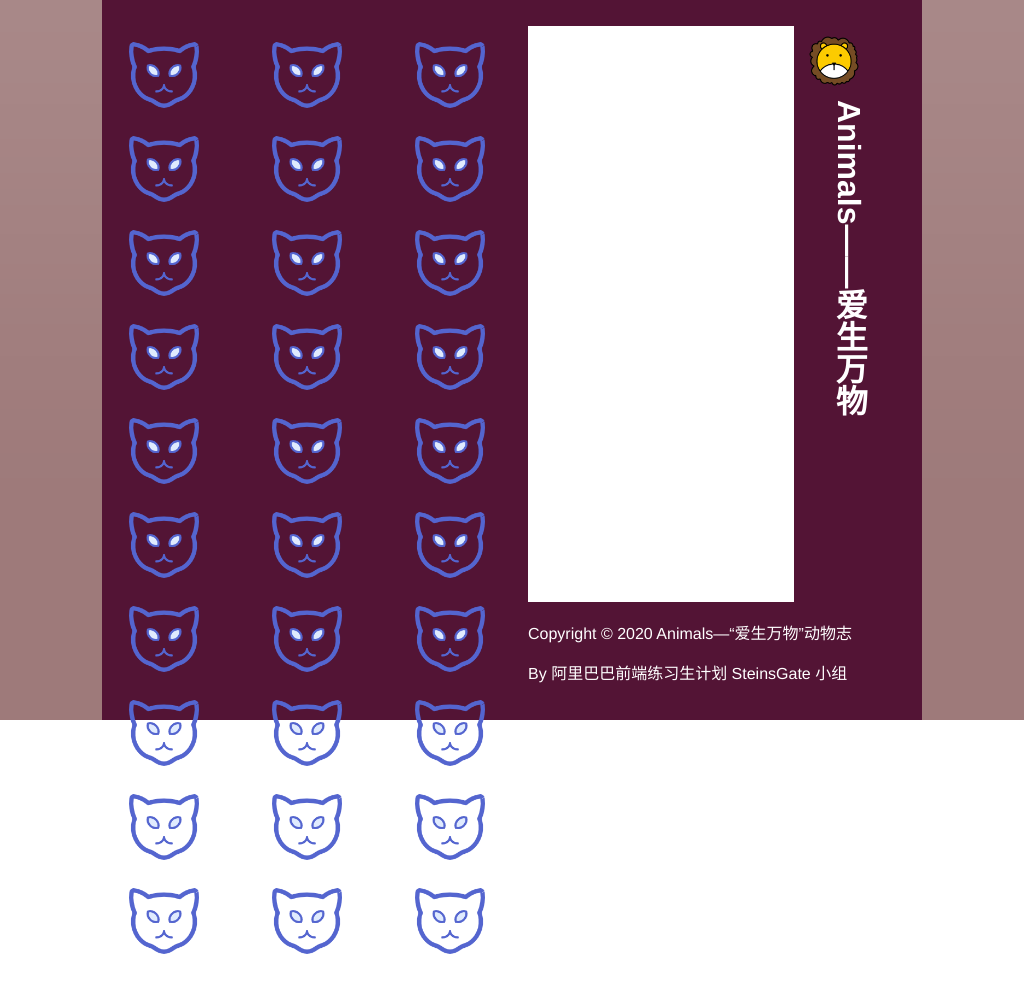
Repository: Whiskeyi/Animals
Page: /
An editor plug-in stored every save of this project. The page is shown before and after the next save, followed by the edit.
The browser window is 1024 px wide. The pictures show the whole page.
The project was rebuilt for these pictures with package versions that can differ from the ones it lists, and the page was loaded fresh each time.

Above is the page before, as saved 2021-11-15 22:50:21.

### public/index.html
<!DOCTYPE html>
<html lang="en">
  <head>
    <meta charset="utf-8">
    <meta http-equiv="X-UA-Compatible" content="IE=edge">
    <meta name="viewport" content="width=device-width,initial-scale=1.0">
    <link rel="icon" href="<%= BASE_URL %>favicon.ico">
    <title>Animals</title>
  </head>
  <body>
    <noscript>
      <strong>We're sorry but animals doesn't work properly without JavaScript enabled. Please enable it to continue.</strong>
    </noscript>
    <div id="app"></div>
    <!-- built files will be auto injected -->
  </body>
</html>

### src/main.js
import Vue from 'vue'
import App from './App.vue'
import router from './router'
import store from './store'
import './plugins/element.js' // 引入element-ui

Vue.config.productionTip = false

new Vue({
  router,
  store,
  render: h => h(App)
}).$mount('#app')

### src/App.vue
<template>
  <div id="app">
    <!-- 入口 -->
    <router-view/>
  </div>
</template>

<style lang="scss">
#app {
  font-family: 'Avenir', Helvetica, Arial, sans-serif;
  -webkit-font-smoothing: antialiased;
  -moz-osx-font-smoothing: grayscale;
}

html, body {  // 去除白边
    width: 100%;
    height: 100%;
    margin: 0;
    padding: 0;
    position: relative;
}
</style>

### src/router.js
// 路由
import Vue from 'vue'
import Router from 'vue-router'
import Home from './views/Home.vue'

Vue.use(Router)

export default new Router({
  mode: 'history',
  base: process.env.BASE_URL,
  routes: [
    {
      path: '/',
      name: 'home',
      component: Home
    }
  ]
})

### src/plugins/element.js
// 引入element-ui
import Vue from 'vue'

import ElementUI from 'element-ui';
import 'element-ui/lib/theme-chalk/index.css';

Vue.use(ElementUI);

### src/views/Home.vue
<template>
  <div id="home">
    <!-- 背景+光泽效果 -->
    <div class="bg">
      <Gloss></Gloss>
    </div>
    <!-- 页面容器 -->
    <div class="container">
      <!-- 左侧展示模块 -->
      <div id="leftContainer">
        <LeftMain></LeftMain>
      </div>
      <!-- 右侧展示模块 -->
      <div id="rightContainer">
        <!-- 输出信息 -->
          <Info></Info>
          <!-- 右侧标题 -->
          <RightHead></RightHead>
          <!-- 尾部 -->
          <Footer></Footer>
      </div>
    </div>
  </div>
</template>

<script>
// @ is an alias to /src
// 组件引入
import Gloss from '@/components/Gloss'
import Footer from '@/components/Footer'
import Info from '@/components/Info'
import RightHead from '@/components/right-head'
import LeftMain from '@/components/left-main'

export default {
  name: 'home',
  components: {
    Gloss,Footer,Info,RightHead,LeftMain
  }
}
</script>

<style lang="scss" scoped>
.home {
  // 浏览器滚动条隐藏
}
.bg {
  height: 100%;
  width: 100%;
  background-color:rgb(158, 122, 122);
  position: fixed;
  transition: background-color 2s ease-in; // 背景颜色2S过渡
  filter: blur(0.5px); // 背景高斯模糊
  // z-index: -9; //暂时注释,影响调试
}
#leftContainer {
  position: absolute;
  left: 10%;
  width: 40%;
  height: 100%;
  margin: 0 auto;
  background-color: #531435;
}
#rightContainer {
  position: fixed;
  right: 10%;
  width: 40%;
  height: 100%;
  margin: 0 auto;
  background-color: #531435;
}
</style>

### src/components/Gloss/index.vue
<template>
<!-- 实现光泽效果,丰富背景颜色 -->
<div id="gloss"></div>
</template>

<script>
export default {

}
</script>

<style lang="scss" scoped>
#gloss {
    position: fixed;
    width: 100%;
    height: 478px;
    background: url('../../assets/gloss.png') repeat-x;
    // z-index: -8;  //暂时注释,影响调试
}
</style>

### src/components/Footer/index.vue
<template>
  <div class="footerContainer">
      <p>Copyright © 2020 Animals—“爱生万物”动物志</p>
      <p>By 阿里巴巴前端练习生计划 SteinsGate 小组</p>
  </div>
</template>

<script>
export default {

}
</script>

<style lang="scss" scoped>
.footerContainer {
    position: fixed;
    bottom: 0;
    font-size: 1rem;
    color:#fff;
    margin:0 0 20px 16px;
}
</style>

### src/components/Info/index.vue
<template>
  <div class="infoContainer">
  </div>
</template>

<script>
export default {

}
</script>

<style lang="scss" scoped>
.infoContainer {
    float: left;
    z-index: 10000;
    width: 70%;
    height: 80%;
    margin: 26px 0 0 16px;
    background-color: #fff;
}
.infoContainer logo {
    position: absolute;
}
@media screen and (max-width: 1024px) { // 屏幕小于1024px样式
  .infoContainer {
    float: left;
    z-index: 10000;
    width: 65%;
    height: 80%;
    margin: 26px 0 0 16px;
    background-color: #fff;
}
}
</style>

### src/components/right-head/index.vue
<template>
  <div class="rightHeadContainer">
      <el-image class="logo" alt="logo" :src="require('@/icons/index.png')"></el-image>
      <h1 class="vertical">Animals——爱生万物</h1>
  </div>
</template>

<script>
export default {

}
</script>

<style lang="scss" scoped>
.rightHeadContainer {
    float: left;
    height: 400px;
    width: 100px;
    margin: 26px 0 0 16px;
}
.vertical {
    writing-mode: vertical-lr;
    padding-left: 5px;
    color: #fff;
}
@media screen and (max-width: 1024px) { // 屏幕小于1024px样式
    .rightHeadContainer {
    float: left;
    height: 400px;
    width: 70px;
    margin: 26px 0 0 5px;
}
}
</style>

### src/components/left-main/index.vue
<template>
  <div class="leftContainer">
    <el-row :gutter="20" type="flex" justify="center">
      <el-col :span="8">
        <el-image class="logo" alt="logo" :src="require('@/icons//animals/cat.png')"></el-image>
      </el-col>
      <el-col :span="8">
        <el-image class="logo" alt="logo" :src="require('@/icons//animals/cat.png')"></el-image>
      </el-col>
      <el-col :span="8">
        <el-image class="logo" alt="logo" :src="require('@/icons//animals/cat.png')"></el-image>
      </el-col>
    </el-row>
    <el-row :gutter="20" type="flex" justify="center">
      <el-col :span="8">
        <el-image class="logo" alt="logo" :src="require('@/icons//animals/cat.png')"></el-image>
      </el-col>
      <el-col :span="8">
        <el-image class="logo" alt="logo" :src="require('@/icons//animals/cat.png')"></el-image>
      </el-col>
      <el-col :span="8">
        <el-image class="logo" alt="logo" :src="require('@/icons//animals/cat.png')"></el-image>
      </el-col>
    </el-row>
    <el-row :gutter="20" type="flex" justify="center">
      <el-col :span="8">
        <el-image class="logo" alt="logo" :src="require('@/icons//animals/cat.png')"></el-image>
      </el-col>
      <el-col :span="8">
        <el-image class="logo" alt="logo" :src="require('@/icons//animals/cat.png')"></el-image>
      </el-col>
      <el-col :span="8">
        <el-image class="logo" alt="logo" :src="require('@/icons//animals/cat.png')"></el-image>
      </el-col>
    </el-row>
    <el-row :gutter="20" type="flex" justify="center">
      <el-col :span="8">
        <el-image class="logo" alt="logo" :src="require('@/icons//animals/cat.png')"></el-image>
      </el-col>
      <el-col :span="8">
        <el-image class="logo" alt="logo" :src="require('@/icons//animals/cat.png')"></el-image>
      </el-col>
      <el-col :span="8">
        <el-image class="logo" alt="logo" :src="require('@/icons//animals/cat.png')"></el-image>
      </el-col>
    </el-row>
    <el-row :gutter="20" type="flex" justify="center">
      <el-col :span="8">
        <el-image class="logo" alt="logo" :src="require('@/icons//animals/cat.png')"></el-image>
      </el-col>
      <el-col :span="8">
        <el-image class="logo" alt="logo" :src="require('@/icons//animals/cat.png')"></el-image>
      </el-col>
      <el-col :span="8">
        <el-image class="logo" alt="logo" :src="require('@/icons//animals/cat.png')"></el-image>
      </el-col>
    </el-row>
    <el-row :gutter="20" type="flex" justify="center">
      <el-col :span="8">
        <el-image class="logo" alt="logo" :src="require('@/icons//animals/cat.png')"></el-image>
      </el-col>
      <el-col :span="8">
        <el-image class="logo" alt="logo" :src="require('@/icons//animals/cat.png')"></el-image>
      </el-col>
      <el-col :span="8">
        <el-image class="logo" alt="logo" :src="require('@/icons//animals/cat.png')"></el-image>
      </el-col>
    </el-row>
    <el-row :gutter="20" type="flex" justify="center">
      <el-col :span="8">
        <el-image class="logo" alt="logo" :src="require('@/icons//animals/cat.png')"></el-image>
      </el-col>
      <el-col :span="8">
        <el-image class="logo" alt="logo" :src="require('@/icons//animals/cat.png')"></el-image>
      </el-col>
      <el-col :span="8">
        <el-image class="logo" alt="logo" :src="require('@/icons//animals/cat.png')"></el-image>
      </el-col>
    </el-row>
    <el-row :gutter="20" type="flex" justify="center">
      <el-col :span="8">
        <el-image class="logo" alt="logo" :src="require('@/icons//animals/cat.png')"></el-image>
      </el-col>
      <el-col :span="8">
        <el-image class="logo" alt="logo" :src="require('@/icons//animals/cat.png')"></el-image>
      </el-col>
      <el-col :span="8">
        <el-image class="logo" alt="logo" :src="require('@/icons//animals/cat.png')"></el-image>
      </el-col>
    </el-row>
    <el-row :gutter="20" type="flex" justify="center">
      <el-col :span="8">
        <el-image class="logo" alt="logo" :src="require('@/icons//animals/cat.png')"></el-image>
      </el-col>
      <el-col :span="8">
        <el-image class="logo" alt="logo" :src="require('@/icons//animals/cat.png')"></el-image>
      </el-col>
      <el-col :span="8">
        <el-image class="logo" alt="logo" :src="require('@/icons//animals/cat.png')"></el-image>
      </el-col>
    </el-row>
    <el-row :gutter="20" type="flex" justify="center">
      <el-col :span="8">
        <el-image class="logo" alt="logo" :src="require('@/icons//animals/cat.png')"></el-image>
      </el-col>
      <el-col :span="8">
        <el-image class="logo" alt="logo" :src="require('@/icons//animals/cat.png')"></el-image>
      </el-col>
      <el-col :span="8">
        <el-image class="logo" alt="logo" :src="require('@/icons//animals/cat.png')"></el-image>
      </el-col>
    </el-row>
  </div>
</template>

<script>
export default {

}
</script>

<style lang="scss" scoped>
.leftContainer {
  padding: 30px 0;
  width: 100%;
  text-align: center;
}
.leftContainer .logo {
  width: 100px;
  height: 100px;
  padding: 20px 0;
}
 @media screen and (max-width: 1024px) { // 屏幕小于1024px样式
  .leftContainer .logo {
    height: 70px;
    width: 70px;
    padding: 10px 0;
  }
 }
</style>

Loaded but not shown: src/store.js (common file)

After the next save:
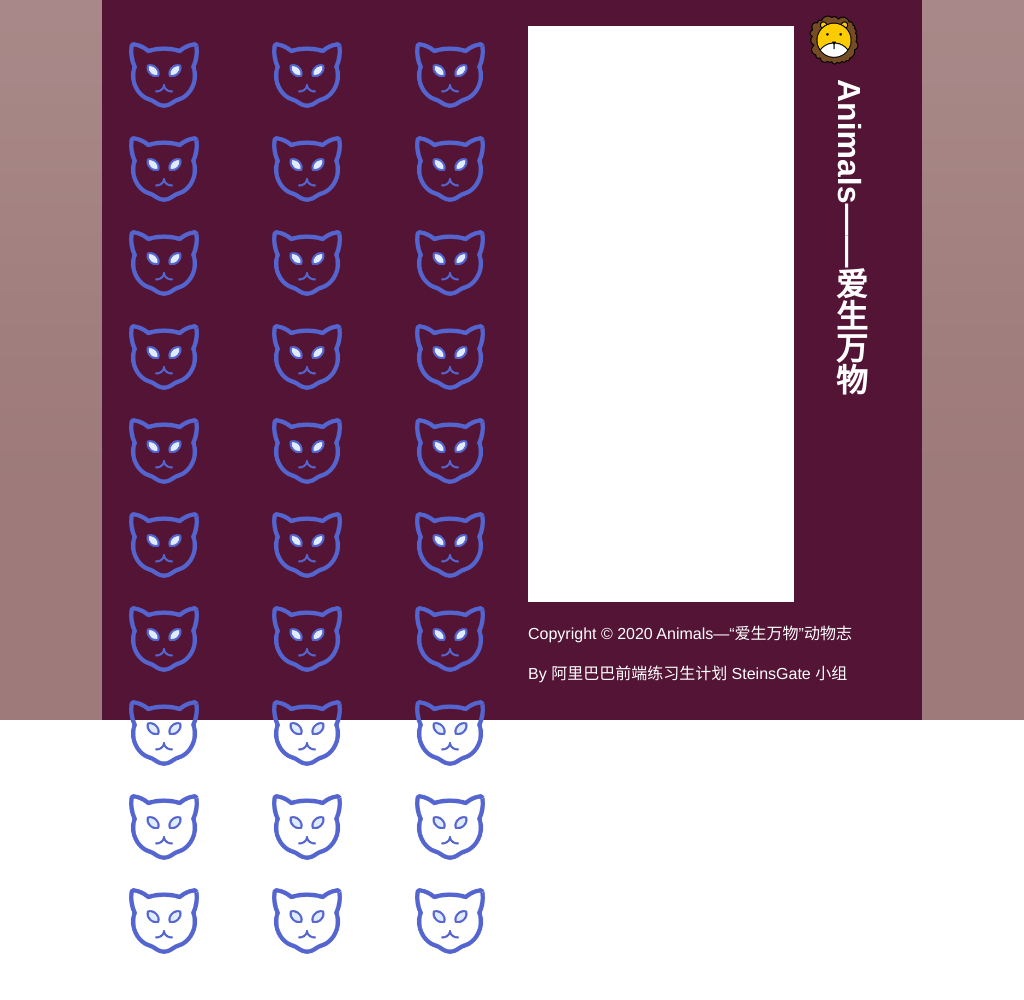
Saved 6 s later.
--- a/src/components/right-head/index.vue
+++ b/src/components/right-head/index.vue
@@ -28,7 +28,7 @@
     float: left;
     height: 400px;
     width: 70px;
-    margin: 26px 0 0 5px;
+    margin: 5px 0 0 5px;
 }
 }
 </style>

After the save that followed:
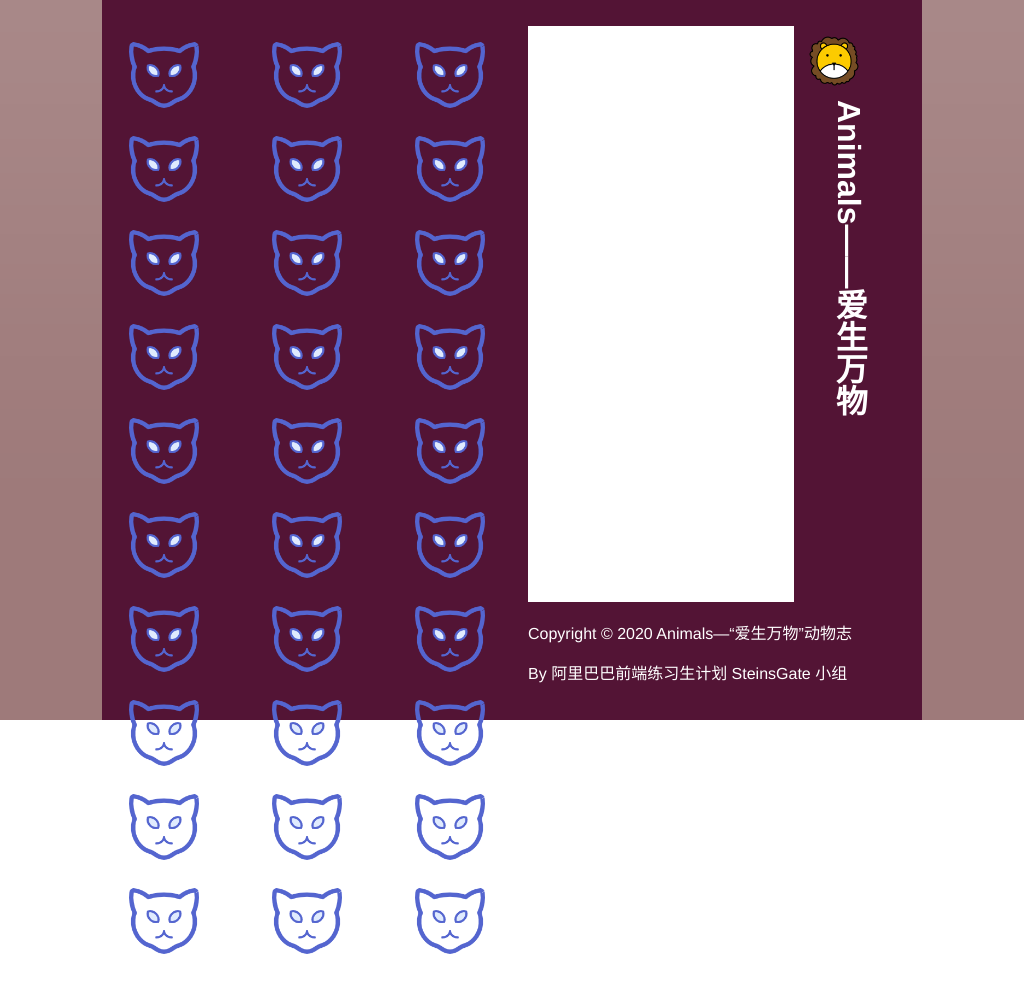
Saved 4 s later.
--- a/src/components/right-head/index.vue
+++ b/src/components/right-head/index.vue
@@ -28,7 +28,7 @@
     float: left;
     height: 400px;
     width: 70px;
-    margin: 5px 0 0 5px;
+    margin: 26px 0 0 5px;
 }
 }
 </style>
